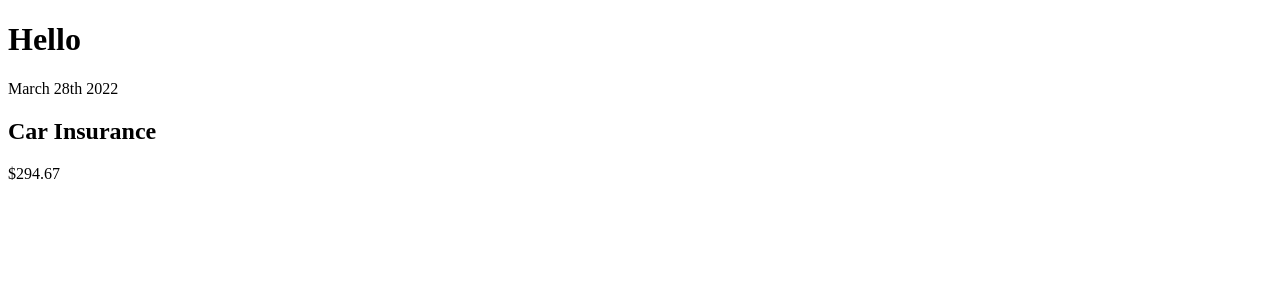
Repository: AbrorjonKuchkarov/expence-tracker-react
Page: /
An editor plug-in stored every save of this project. The page is shown before and after the next save, followed by the edit.
The browser window is 1280 px wide. The pictures show the whole page.
The project was rebuilt for these pictures with package versions that can differ from the ones it lists, and the page was loaded fresh each time. Also part of the build but not shown: src/App.css.

Above is the page before, as saved 2022-04-13 14:56:50.

### src/App.js
import "./App.css";
import ExpenseItem from "./components/ExpenseItem";

function App() {
  return (
    <div>
      <h1>Hello</h1>
      <ExpenseItem></ExpenseItem>
    </div>
  );
}

export default App;

### src/components/ExpenseItem.js
import React from "react";
import "./ExpenseItem.css";

const ExpenseItem = () => {
  return (
    <div>
      <div>March 28th 2022</div>
      <div>
        <h2>Car Insurance</h2>
        <div>$294.67</div>
      </div>
    </div>
  );
};

export default ExpenseItem;

### src/components/ExpenseItem.css
.expense-item{
   display: flex;
   justify-content: space-between;
   align-items: center;
   box-shadow: 0, 2px, 8px rgba(0,0,0,0.25);
   padding: 0.5rem;
   margin: 1rem 0;
   background-color: #4b4b4b;
}

.expense-item__description{
   display: flex;
   flex-direction: column;
   gap: 1rem;
   align-items: flex-end;
   flex-flow: column-reverse;
   justify-content: flex-start;
   flex: 1;
}

.expense-item h2{
   color: #3a3a3a;

}

Loaded but not shown: public/index.html (common file); src/index.js (common file)

After the next save:
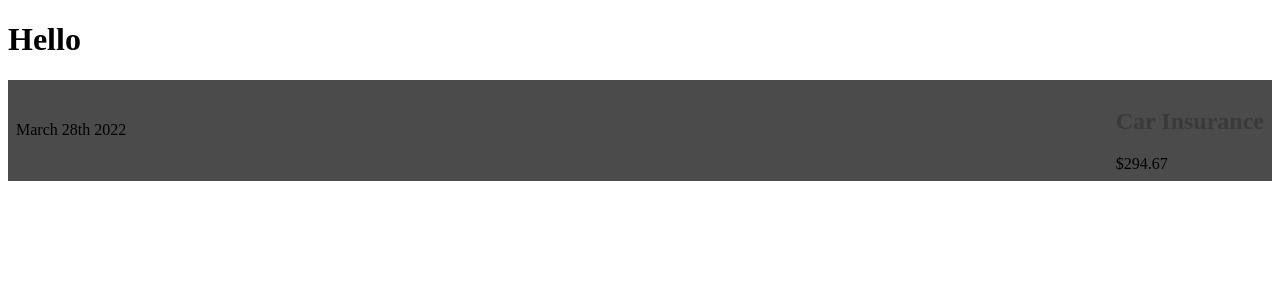
Saved 34 s later.
--- a/src/components/ExpenseItem.js
+++ b/src/components/ExpenseItem.js
@@ -3,7 +3,7 @@ import "./ExpenseItem.css";
 
 const ExpenseItem = () => {
   return (
-    <div>
+    <div className="expense-item">
       <div>March 28th 2022</div>
       <div>
         <h2>Car Insurance</h2>
